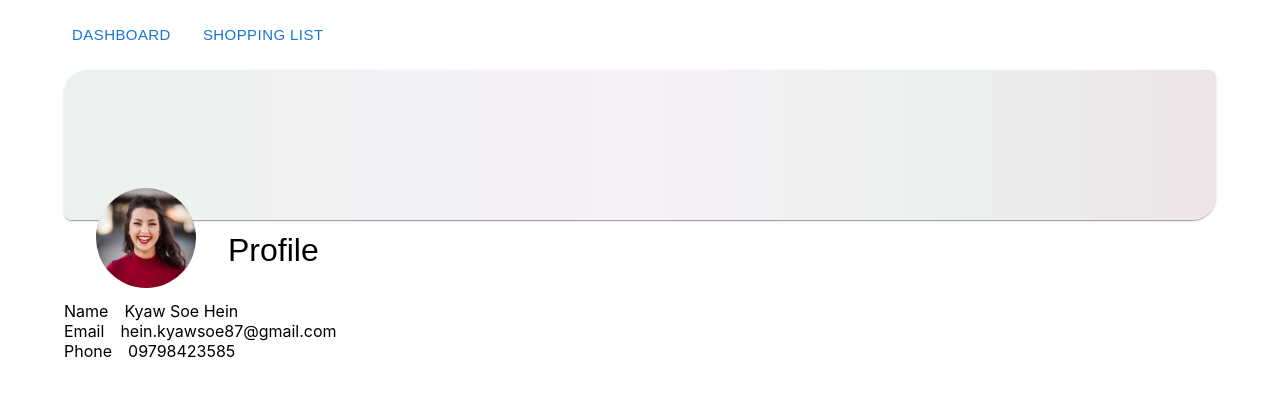
Repository: KyawSoeHein/GoogleAuthReact
Page: /
These files come from the project's save history. The page is drawn as it stood at one moment and after a run of saves; the edit follows.
The browser window is 1280 px wide. The pictures show the whole page.
The project was rebuilt for these pictures with package versions that can differ from the ones it lists, and the page was loaded fresh each time.

Above is the page before, as saved 2022-02-14 20:17:02.

### src/index.tsx
import React from "react";
import ReactDOM from "react-dom";
import "./index.css";
import App from "./App";
import Dashboard from "./View/Dashboard";
import reportWebVitals from "./reportWebVitals";

ReactDOM.render(
  <React.StrictMode>
    <Dashboard />
  </React.StrictMode>,
  document.getElementById("root")
);

// If you want to start measuring performance in your app, pass a function
// to log results (for example: reportWebVitals(console.log))
// or send to an analytics endpoint. Learn more: https://bit.ly/CRA-vitals
reportWebVitals();

### src/View/Dashboard.tsx
import React from "react";
import { Container, Grid, Stack } from "@mui/material";
import MenuSelection from "../Components/MenuSelection";
import CoverAndProfilePhoto from "../Components/CoverAndProfilePhoto";

const Dashboard = () => {
  return (
    <Grid>
      <Container>
        <div style={{ marginTop: 16 }}>
          <MenuSelection />
        </div>

        <div style={{ marginTop: 16 }}>
          <CoverAndProfilePhoto />
        </div>

        <Stack direction={"row"} spacing={2}>
          <div>Name</div>
          <div>Kyaw Soe Hein</div>
        </Stack>

        <Stack direction={"row"} spacing={2}>
          <div>Email</div>
          <div>hein.kyawsoe87@gmail.com</div>
        </Stack>

        <Stack direction={"row"} spacing={2}>
          <div>Phone</div>
          <div>09798423585</div>
        </Stack>
      </Container>
    </Grid>
  );
};

export default Dashboard;

### src/Components/MenuSelection.tsx
import React from "react";
import { Button, Stack } from "@mui/material";
import "../App.css";

const MenuSelection = () => {
  const buttonFontSize = 15;

  return (
    <Stack direction={"row"} spacing={2}>
      <Button sx={{ fontSize: buttonFontSize, fontFamily: "sans-serif" }}>
        Dashboard
      </Button>
      <Button sx={{ fontSize: buttonFontSize, fontFamily: "sans-serif" }}>
        Shopping List
      </Button>
    </Stack>
  );
};

export default MenuSelection;

### src/Components/CoverAndProfilePhoto.tsx
import React from "react";
import { Avatar, Button, Paper, Stack } from "@mui/material";
import "../App.css";
import profile from "../images/profile.jpg";

const CoverAndProfilePhoto = () => {
  return (
    <div>
      <Paper
        elevation={1}
        sx={{
          height: 150,
          borderTopRightRadius: 8,
          borderTopLeftRadius: 24,
          borderBottomLeftRadius: 8,
          borderBottomRightRadius: 24,
          background:
            "linear-gradient(to right, rgb(235,241,237), rgb(241,241,244), rgb(247,240,248), rgb(235,241,237), rgb(238,228,232))",
        }}
      ></Paper>

      <div className="coverPhoto">
        <Avatar
          alt="Remy Sharp"
          src={profile}
          sx={{ width: 100, height: 100, marginTop: -4, marginLeft: 4 }}
        />
        <div style={{ marginLeft: 32, marginTop: -20 }}>
          <p className="profileTitle">Profile</p>
        </div>
      </div>
    </div>
  );
};

export default CoverAndProfilePhoto;

### src/App.css
.App {
  text-align: center;
}

.App-logo {
  height: 40vmin;
  pointer-events: none;
}

@media (prefers-reduced-motion: no-preference) {
  .App-logo {
    animation: App-logo-spin infinite 20s linear;
  }
}

.App-header {
  background-color: #282c34;
  min-height: 100vh;
  display: flex;
  flex-direction: column;
  align-items: center;
  justify-content: center;
  font-size: calc(10px + 2vmin);
  color: white;
}

.App-link {
  color: #61dafb;
}

@keyframes App-logo-spin {
  from {
    transform: rotate(0deg);
  }
  to {
    transform: rotate(360deg);
  }
}

.profileTitle {
  font-size: 32px;
  font-family: sans-serif;
  /* font-weight: bold; */
}

.coverPhoto {
  display: flex;
  flex-direction: row;
  flex: 1;
}

### src/Components/UserInfo.tsx
import React from "react";
import { Button, Stack, TextField } from "@mui/material";
import "../App.css";

const UserInfo = () => {
  const buttonFontSize = 15;

  return (
    <Stack direction={"row"} spacing={2}>
      <TextField
        disabled
        id="standard-disabled"
        label="Disabled"
        defaultValue="Hello World"
        variant="standard"
      />
    </Stack>
  );
};

export default UserInfo;

Loaded but not shown: public/index.html (common file); src/index.css (common file); src/reportWebVitals.ts (common file)

After the next 2 saves:
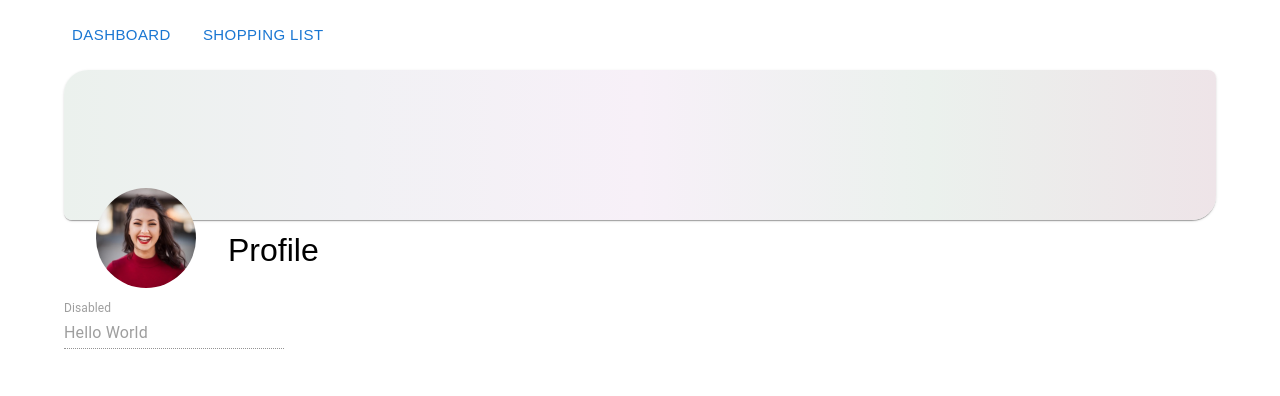
The 2 saves are shown as one change because 1 did not build or start.
The last was saved 38 s later.
--- a/src/View/Dashboard.tsx
+++ b/src/View/Dashboard.tsx
@@ -1,6 +1,7 @@
 import React from "react";
 import { Container, Grid, Stack } from "@mui/material";
 import MenuSelection from "../Components/MenuSelection";
+import UserInfo from "../Components/UserInfo";
 import CoverAndProfilePhoto from "../Components/CoverAndProfilePhoto";
 
 const Dashboard = () => {
@@ -15,20 +16,9 @@ const Dashboard = () => {
           <CoverAndProfilePhoto />
         </div>
 
-        <Stack direction={"row"} spacing={2}>
-          <div>Name</div>
-          <div>Kyaw Soe Hein</div>
-        </Stack>
-
-        <Stack direction={"row"} spacing={2}>
-          <div>Email</div>
-          <div>hein.kyawsoe87@gmail.com</div>
-        </Stack>
-
-        <Stack direction={"row"} spacing={2}>
-          <div>Phone</div>
-          <div>09798423585</div>
-        </Stack>
+        <div>
+          <UserInfo />
+        </div>
       </Container>
     </Grid>
   );
